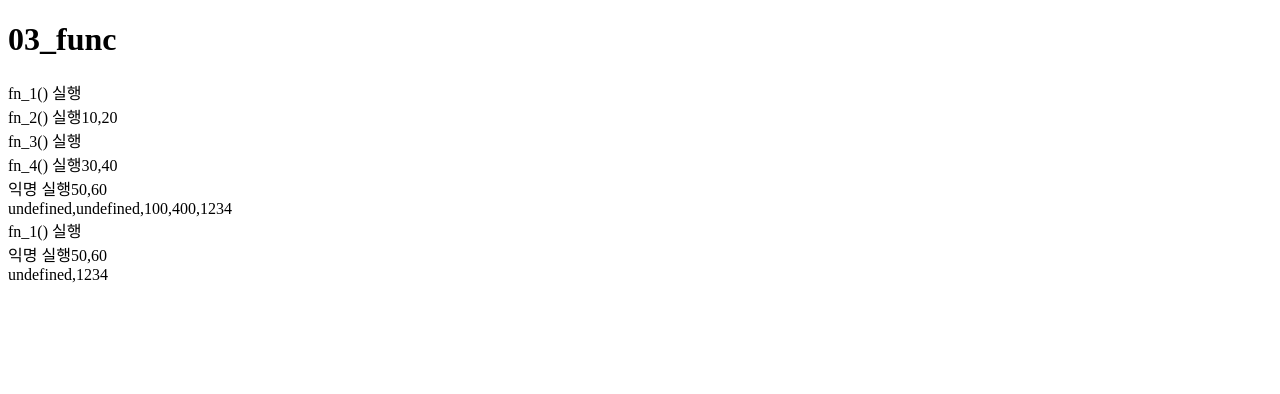
Repository: psun2/Korea-IT-Academy
Page: (back up) _ 오전/study_a/web_work/scriptProj/WebContent/array/03_func.html
An editor plug-in stored every save of this project. The page is shown before and after the next save, followed by the edit.
The browser window is 1280 px wide. The pictures show the whole page.

Above is the page before, as saved 2020-08-03 02:25:21.

### (back up) _ 오전/study_a/web_work/scriptProj/WebContent/array/03_func.html
<!DOCTYPE html>
<html>
<head>
<meta charset="UTF-8">
<title>03_func</title>
</head>
<body>
<h1>03_func</h1>
<script>
	function fn_1(){
		document.write("fn_1() 실행<br>")
	}

	function fn_2(aa,bb){
		document.write("fn_2() 실행"+aa+","+bb+"<br>")
	}

	function fn_3(){
		document.write("fn_3() 실행<br>")
		return 100
	}

	function fn_4(aa,bb){
		document.write("fn_4() 실행"+aa+","+bb+"<br>")
		return 400
	}

	var aa = function(aa,bb){
		document.write("익명 실행"+aa+","+bb+"<br>")
		return 1234
	}

	var r1 = fn_1()
	var r2 = fn_2(10,20)
	var r3 = fn_3()
	var r4 = fn_4(30,40)
	var r5 = aa(50,60)

	document.write(r1+","+r2+","+r3+","+r4+","+r5+"<br>")

	var f1 = fn_1
	var bb = aa

	var rr1 = f1()
	var rr5 = bb(50,60)

	document.write(rr1+","+rr5+"<br>")

</script>
</body>
</html>

After the next save:
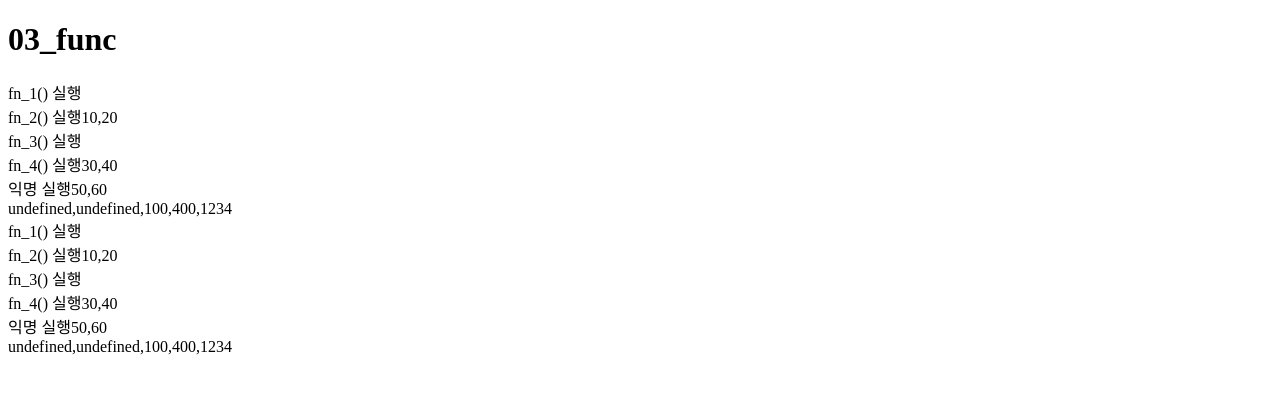
Saved 58 s later.
--- a/(back up) _ 오전/study_a/web_work/scriptProj/WebContent/array/03_func.html
+++ b/(back up) _ 오전/study_a/web_work/scriptProj/WebContent/array/03_func.html
@@ -39,12 +39,18 @@
 	document.write(r1+","+r2+","+r3+","+r4+","+r5+"<br>")
 
 	var f1 = fn_1
+	var f2 = fn_2
+	var f3 = fn_3
+	var f4 = fn_4
 	var bb = aa
 
 	var rr1 = f1()
+	var rr2 = f2(10,20)
+	var rr3 = f3()
+	var rr4 = f4(30,40)
 	var rr5 = bb(50,60)
 
-	document.write(rr1+","+rr5+"<br>")
+	document.write(rr1+","+rr2+","+rr3+","+rr4+","+rr5+"<br>")
 
 </script>
 </body>
